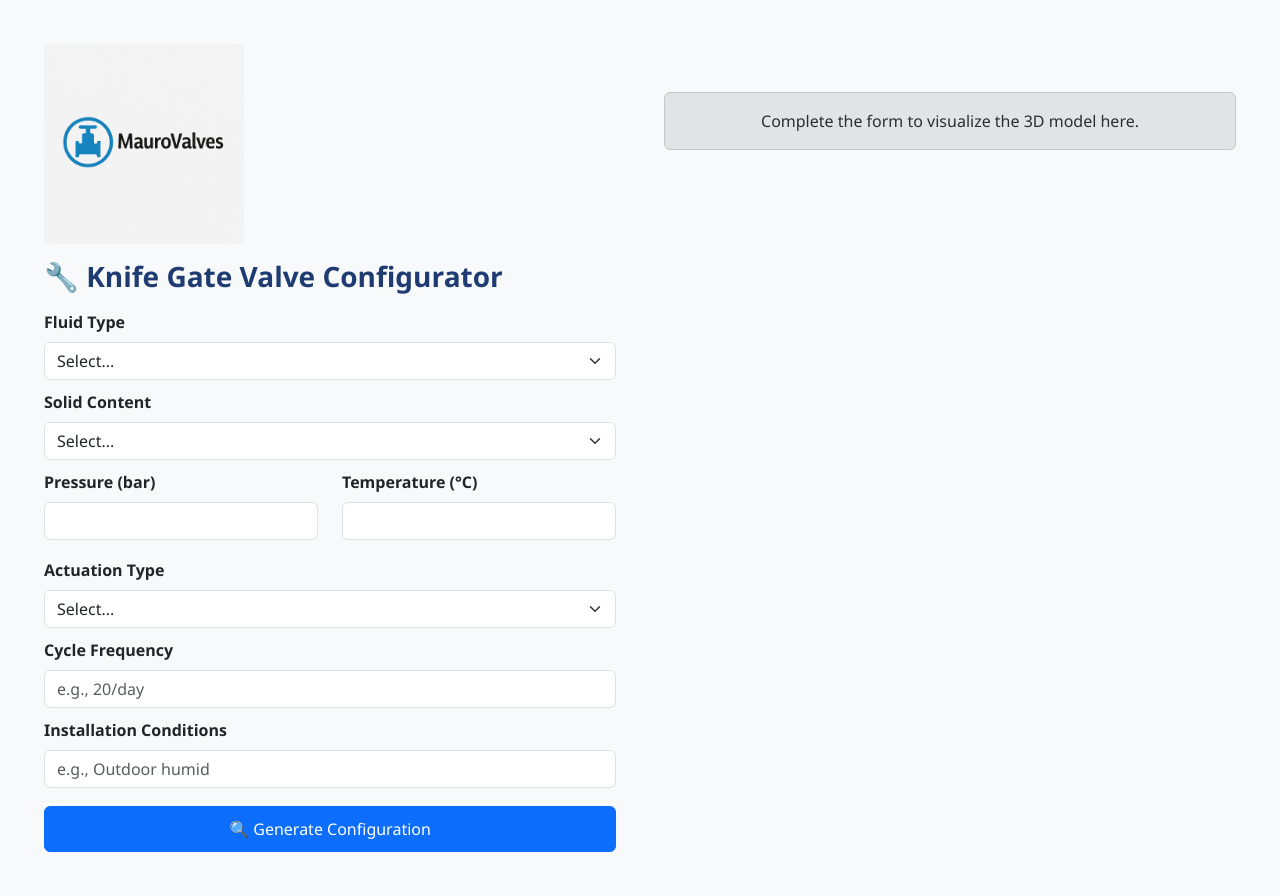
Repository: mauriciodelopez/valve_configurator
Page: http://localhost/
An editor plug-in stored every save of this project. The page is shown before and after the next save, followed by the edit.
The browser window is 1280 px wide. The pictures show the whole page.
The page is served by the project's application, run on Flask 3 (app.py).

Above is the page before, as saved 2025-07-17 16:30:53.

### templates/index.html
<!DOCTYPE html>
<html lang="en">
<head>
  <meta charset="UTF-8" />
  <meta name="viewport" content="width=device-width, initial-scale=1.0"/>
  <title>🔧 MauroValves Configurator</title>

  <!-- Bootstrap CSS -->
  <link href="https://cdn.jsdelivr.net/npm/bootstrap@5.3.3/dist/css/bootstrap.min.css" rel="stylesheet">
  <link rel="stylesheet" href="/static/css/style.css">
</head>

<body>
  <div class="container-fluid mt-4">
    <div class="row">

      <!-- LEFT: Configurator Form -->
      <div class="col-lg-6 mb-4 px-4">
        <img src="/static/img/maurovalves_logo.png" alt="MauroValves Logo" class="img-fluid mb-3" style="max-width: 200px;">
        <h3 class="mb-3">🔧 Knife Gate Valve Configurator</h3>

        <form method="POST" action="/generate">
          <div class="mb-2">
            <label for="fluid" class="form-label">Fluid Type</label>
            <select name="fluid" id="fluid" class="form-select" required>
              <option value="">Select...</option>
              <option>Water</option>
              <option>Slurry</option>
              <option>Acid</option>
              <option>Chemical</option>
            </select>
          </div>

          <div class="mb-2">
            <label for="solid_content" class="form-label">Solid Content</label>
            <select name="solid_content" id="solid_content" class="form-select" required>
              <option value="">Select...</option>
              <option>None</option>
              <option>Low</option>
              <option>Medium</option>
              <option>High</option>
            </select>
          </div>

          <div class="row">
            <div class="col">
              <label for="pressure" class="form-label">Pressure (bar)</label>
              <input type="number" name="pressure" id="pressure" class="form-control" required>
            </div>
            <div class="col">
              <label for="temperature" class="form-label">Temperature (°C)</label>
              <input type="number" name="temperature" id="temperature" class="form-control" required>
            </div>
          </div>

          <div class="mb-2 mt-2">
            <label for="actuation_type" class="form-label">Actuation Type</label>
            <select name="actuation_type" id="actuation_type" class="form-select" required>
              <option value="">Select...</option>
              <option>Pneumatic</option>
              <option>Electric</option>
              <option>Manual</option>
            </select>
          </div>

          <div class="mb-2">
            <label for="cycle_frequency" class="form-label">Cycle Frequency</label>
            <input type="text" name="cycle_frequency" id="cycle_frequency" class="form-control" placeholder="e.g., 20/day" required>
          </div>

          <div class="mb-2">
            <label for="conditions" class="form-label">Installation Conditions</label>
            <input type="text" name="conditions" id="conditions" class="form-control" placeholder="e.g., Outdoor humid" required>
          </div>

          <button type="submit" class="btn btn-primary w-100 mt-2">🔍 Generate Configuration</button>
        </form>

        {% if data %}
        <form method="POST" action="/pdf" target="_blank">
          {% for key, value in data.items() %}
            <input type="hidden" name="{{ key }}" value="{{ value }}">
          {% endfor %}
          <button class="btn btn-success w-100 mt-2">📄 Download PDF Datasheet</button>
        </form>
        {% endif %}

        {% if result %}
        <div class="alert alert-info mt-3">
          {{ result }}
          {% if recommendations %}
          <ul>
            <li><strong>Seat Type:</strong> {{ recommendations.seat_type }}</li>
            <li><strong>Body Material:</strong> {{ recommendations.body_material }}</li>
            <li><strong>Actuation:</strong> {{ recommendations.actuation }}</li>
          </ul>
          {% endif %}
        </div>
        {% endif %}
      </div>

      <!-- RIGHT: 3D Viewer -->
      <div class="col-lg-6 px-4">
        {% if result %}
        <div id="container3D" style="width: 100%; height: 600px; border: 1px solid #ccc; border-radius: 8px;"></div>
        <!-- Load 3D viewer only if result is ready -->
        <script type="module" src="/static/js/viewer3D.js"></script>
        {% else %}
        <div class="alert alert-secondary text-center mt-5">
          Complete the form to visualize the 3D model here.
        </div>
        {% endif %}
      </div>

    </div>
  </div>
</body>
</html>

### app.py
from flask import Flask, render_template, request, send_file
from xhtml2pdf import pisa
from io import BytesIO

app = Flask(__name__)

# 🔹 Home page with form
@app.route('/')
def home():
    return render_template('index.html')

# 🔹 Handle form submission and display results
@app.route('/generate', methods=['POST'])
def generate():
    data = {
        'fluid': request.form.get('fluid'),
        'solid_content': request.form.get('solid_content'),
        'flow_direction': request.form.get('flow_direction'),
        'pressure': float(request.form.get('pressure', 0)),
        'temperature': float(request.form.get('temperature', 0)),
        'line_size': request.form.get('line_size'),
        'installation_position': request.form.get('installation_position'),
        'body_material': request.form.get('body_material'),
        'seat_type': request.form.get('seat_type'),
        'gate_material': request.form.get('gate_material'),
        'port_design': request.form.get('port_design'),
        'flange_type': request.form.get('flange_type'),
        'actuation_type': request.form.get('actuation_type'),
        'voltage': request.form.get('voltage'),
        'control_type': request.form.get('control_type'),
        'signal_type': request.form.get('signal_type'),
        'enclosure_rating': request.form.get('enclosure_rating'),
        'manual_override': request.form.get('manual_override'),
        'air_supply': request.form.get('air_supply'),
        'positioner': request.form.get('positioner'),
        'solenoid_valve': request.form.get('solenoid_valve'),
        'limit_switches': request.form.get('limit_switches'),
        'frl': request.form.get('frl'),
        'cycle_frequency': request.form.get('cycle_frequency'),
        'opening_speed': request.form.get('opening_speed'),
        'space': request.form.get('space'),
        'conditions': request.form.get('conditions'),
        'certifications': request.form.get('certifications')
    }

    recommendations = generate_recommendations(data)

    result = "Custom Knife Gate Valve configuration received. Please review your inputs and the recommended options."

    return render_template('index.html', result=result, data=data, recommendations=recommendations)

# 🔹 Smart advisor logic
def generate_recommendations(data):
    rec = {}

    # Seat Type
    if data['fluid'] and data['fluid'].lower() == 'water' and data['temperature'] > 100:
        rec['seat_type'] = 'PTFE'
    elif data['solid_content'] and ('slurry' in data['fluid'].lower() or 'high' in data['solid_content'].lower()):
        rec['seat_type'] = 'Metal'
    else:
        rec['seat_type'] = 'EPDM'

    # Body Material
    if data['fluid'] and ('acid' in data['fluid'].lower() or 'chemical' in data['fluid'].lower()):
        rec['body_material'] = 'Stainless Steel'
    elif data['temperature'] > 150:
        rec['body_material'] = 'Carbon Steel'
    else:
        rec['body_material'] = 'Ductile Iron'

    # Actuation
    actuation = data.get('actuation_type', '').lower()
    if actuation == 'pneumatic':
        if data['cycle_frequency']:
            try:
                cycles = int(data['cycle_frequency'].split('/')[0])
                if cycles > 30:
                    rec['actuation'] = 'Pneumatic, Double-Acting, With Positioner'
                else:
                    rec['actuation'] = 'Pneumatic, Single-Acting'
            except:
                rec['actuation'] = 'Pneumatic Actuator'
        else:
            rec['actuation'] = 'Pneumatic Actuator'
    elif actuation == 'electric':
        if data['conditions'] and 'outdoor' in data['conditions'].lower():
            rec['actuation'] = 'Electric Actuator, IP67 Enclosure'
        else:
            rec['actuation'] = 'Electric Actuator, IP65 Enclosure'
    else:
        rec['actuation'] = 'Manual (Handwheel or Gear)'

    return rec

# 🔹 PDF generation
@app.route('/pdf', methods=['POST'])
def generate_pdf():
    data = request.form.to_dict()

    recommendations = generate_recommendations({
        **data,
        'temperature': float(data.get('temperature', 0)),
        'pressure': float(data.get('pressure', 0)),
        'solid_content': data.get('solid_content', ''),
        'fluid': data.get('fluid', ''),
        'actuation_type': data.get('actuation_type', ''),
        'conditions': data.get('conditions', ''),
        'cycle_frequency': data.get('cycle_frequency', '')
    })

    html = render_template('pdf_template.html', data=data, recommendations=recommendations)
    pdf = BytesIO()
    pisa_status = pisa.CreatePDF(html, dest=pdf)
    pdf.seek(0)

    if pisa_status.err:
        return "Error generating PDF", 500

    return send_file(pdf, as_attachment=True, download_name="datasheet.pdf", mimetype='application/pdf')

# 🔹 Run the app
if __name__ == '__main__':
    app.run(debug=True, port=5001)

### static/css/style.css
/* === GENERAL PAGE === */
body {
  background-color: #f8f9fa;
  font-family: 'Segoe UI', Tahoma, Geneva, Verdana, sans-serif;
  padding: 20px;
}

/* === LOGO === */
img {
  max-width: 100%;
  height: auto;
}

/* === FORM LABELS === */
.form-label {
  font-weight: 600;
}

/* === BUTTONS === */
button.btn {
  font-weight: 500;
  padding: 10px 20px;
  border-radius: 6px;
}

@media (max-width: 576px) {
  .btn {
    width: 100%;
  }
  h2 {
    font-size: 1.5rem;
  }
}

/* === ALERT BOX === */
.alert ul {
  padding-left: 20px;
}

/* === 3D VIEWER CONTAINER === */
#viewer-container {
  width: 100%;
  height: 400px;
  border: 1px solid #ccc;
  border-radius: 8px;
  background-color: #fff;
}

/* Make viewer taller on larger screens */
@media (min-width: 768px) {
  #viewer-container {
    height: 600px;
  }
}

/* === FORM INPUTS === */
input.form-control,
select.form-select {
  margin-bottom: 10px;
}

/* === TITLES === */
h3 {
  font-weight: 600;
  color: #1e3c72;
}

After the next save:
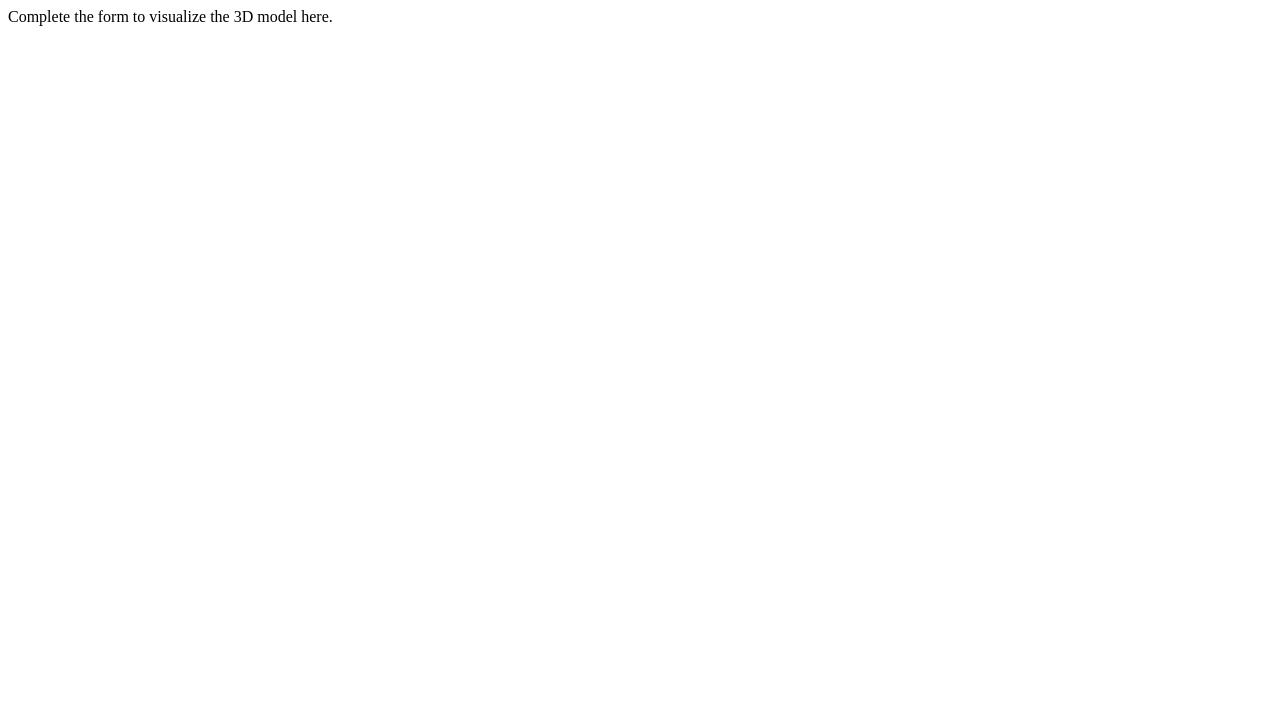
Saved 29 s later.
--- a/templates/index.html
+++ b/templates/index.html
@@ -1,118 +1,11 @@
-<!DOCTYPE html>
-<html lang="en">
-<head>
-  <meta charset="UTF-8" />
-  <meta name="viewport" content="width=device-width, initial-scale=1.0"/>
-  <title>🔧 MauroValves Configurator</title>
-
-  <!-- Bootstrap CSS -->
-  <link href="https://cdn.jsdelivr.net/npm/bootstrap@5.3.3/dist/css/bootstrap.min.css" rel="stylesheet">
-  <link rel="stylesheet" href="/static/css/style.css">
-</head>
-
-<body>
-  <div class="container-fluid mt-4">
-    <div class="row">
-
-      <!-- LEFT: Configurator Form -->
-      <div class="col-lg-6 mb-4 px-4">
-        <img src="/static/img/maurovalves_logo.png" alt="MauroValves Logo" class="img-fluid mb-3" style="max-width: 200px;">
-        <h3 class="mb-3">🔧 Knife Gate Valve Configurator</h3>
-
-        <form method="POST" action="/generate">
-          <div class="mb-2">
-            <label for="fluid" class="form-label">Fluid Type</label>
-            <select name="fluid" id="fluid" class="form-select" required>
-              <option value="">Select...</option>
-              <option>Water</option>
-              <option>Slurry</option>
-              <option>Acid</option>
-              <option>Chemical</option>
-            </select>
-          </div>
-
-          <div class="mb-2">
-            <label for="solid_content" class="form-label">Solid Content</label>
-            <select name="solid_content" id="solid_content" class="form-select" required>
-              <option value="">Select...</option>
-              <option>None</option>
-              <option>Low</option>
-              <option>Medium</option>
-              <option>High</option>
-            </select>
-          </div>
-
-          <div class="row">
-            <div class="col">
-              <label for="pressure" class="form-label">Pressure (bar)</label>
-              <input type="number" name="pressure" id="pressure" class="form-control" required>
-            </div>
-            <div class="col">
-              <label for="temperature" class="form-label">Temperature (°C)</label>
-              <input type="number" name="temperature" id="temperature" class="form-control" required>
-            </div>
-          </div>
-
-          <div class="mb-2 mt-2">
-            <label for="actuation_type" class="form-label">Actuation Type</label>
-            <select name="actuation_type" id="actuation_type" class="form-select" required>
-              <option value="">Select...</option>
-              <option>Pneumatic</option>
-              <option>Electric</option>
-              <option>Manual</option>
-            </select>
-          </div>
-
-          <div class="mb-2">
-            <label for="cycle_frequency" class="form-label">Cycle Frequency</label>
-            <input type="text" name="cycle_frequency" id="cycle_frequency" class="form-control" placeholder="e.g., 20/day" required>
-          </div>
-
-          <div class="mb-2">
-            <label for="conditions" class="form-label">Installation Conditions</label>
-            <input type="text" name="conditions" id="conditions" class="form-control" placeholder="e.g., Outdoor humid" required>
-          </div>
-
-          <button type="submit" class="btn btn-primary w-100 mt-2">🔍 Generate Configuration</button>
-        </form>
-
-        {% if data %}
-        <form method="POST" action="/pdf" target="_blank">
-          {% for key, value in data.items() %}
-            <input type="hidden" name="{{ key }}" value="{{ value }}">
-          {% endfor %}
-          <button class="btn btn-success w-100 mt-2">📄 Download PDF Datasheet</button>
-        </form>
-        {% endif %}
-
-        {% if result %}
-        <div class="alert alert-info mt-3">
-          {{ result }}
-          {% if recommendations %}
-          <ul>
-            <li><strong>Seat Type:</strong> {{ recommendations.seat_type }}</li>
-            <li><strong>Body Material:</strong> {{ recommendations.body_material }}</li>
-            <li><strong>Actuation:</strong> {{ recommendations.actuation }}</li>
-          </ul>
-          {% endif %}
-        </div>
-        {% endif %}
-      </div>
-
-      <!-- RIGHT: 3D Viewer -->
-      <div class="col-lg-6 px-4">
-        {% if result %}
-        <div id="container3D" style="width: 100%; height: 600px; border: 1px solid #ccc; border-radius: 8px;"></div>
-        <!-- Load 3D viewer only if result is ready -->
-        <script type="module" src="/static/js/viewer3D.js"></script>
-        {% else %}
-        <div class="alert alert-secondary text-center mt-5">
-          Complete the form to visualize the 3D model here.
-        </div>
-        {% endif %}
-      </div>
-
+<!-- RIGHT: 3D Model Viewer -->
+<div class="col-lg-6 px-4">
+  {% if result %}
+    <div id="container3D" style="width: 100%; height: 600px; border: 1px solid #ccc; border-radius: 8px;"></div>
+    <script type="module" src="/static/js/viewer3D.js"></script>
+  {% else %}
+    <div class="alert alert-secondary text-center mt-5">
+      Complete the form to visualize the 3D model here.
     </div>
-  </div>
-</body>
-</html>
+  {% endif %}
+</div>

After the 2 saves that followed:
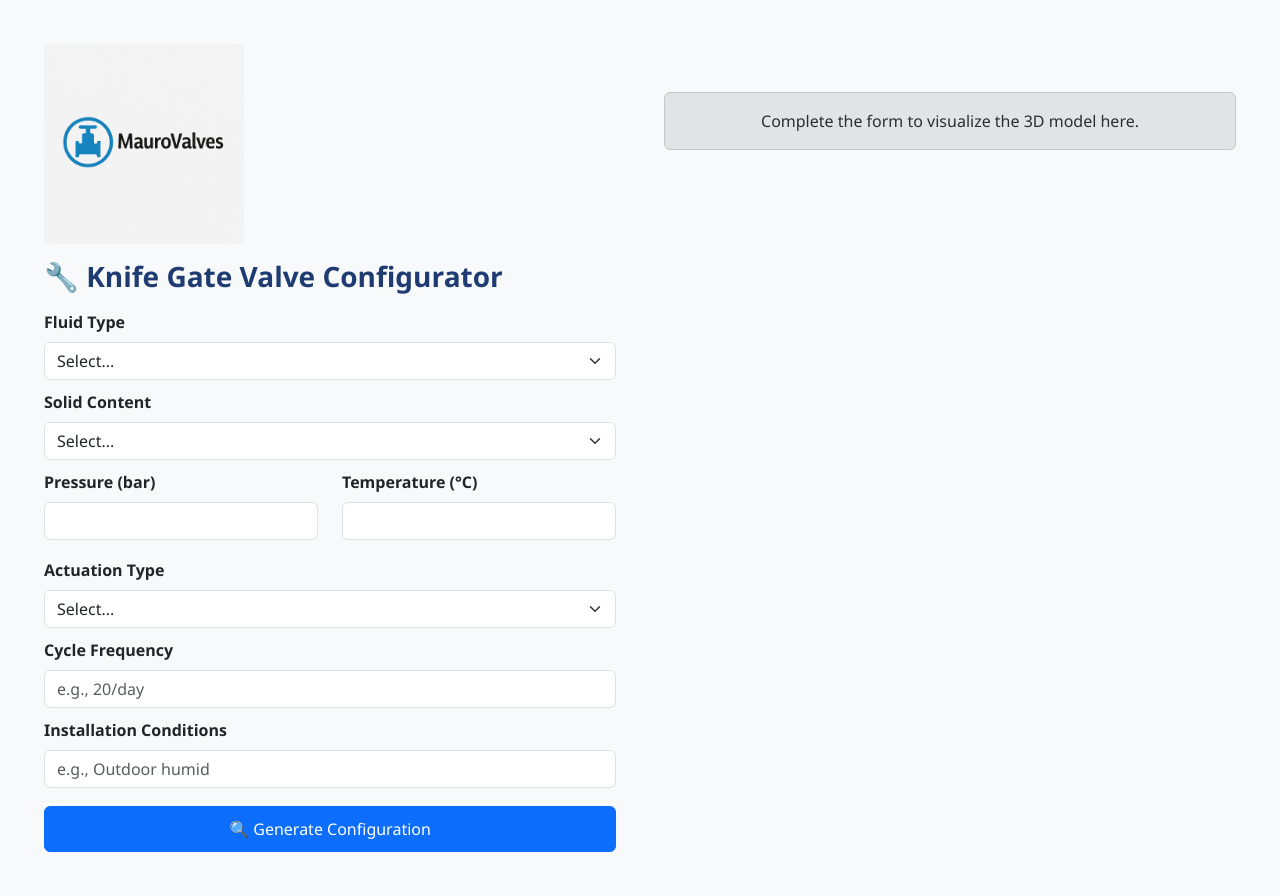
The 2 saves are shown as one change because they came seconds apart.
The last was saved 10 min 52 s later.
--- a/templates/index.html
+++ b/templates/index.html
@@ -1,11 +1,116 @@
-<!-- RIGHT: 3D Model Viewer -->
-<div class="col-lg-6 px-4">
-  {% if result %}
-    <div id="container3D" style="width: 100%; height: 600px; border: 1px solid #ccc; border-radius: 8px;"></div>
-    <script type="module" src="/static/js/viewer3D.js"></script>
-  {% else %}
-    <div class="alert alert-secondary text-center mt-5">
-      Complete the form to visualize the 3D model here.
+<!DOCTYPE html>
+<html lang="en">
+<head>
+  <meta charset="UTF-8" />
+  <meta name="viewport" content="width=device-width, initial-scale=1.0"/>
+  <title>🔧 MauroValves Configurator</title>
+
+  <!-- Bootstrap CSS -->
+  <link href="https://cdn.jsdelivr.net/npm/bootstrap@5.3.3/dist/css/bootstrap.min.css" rel="stylesheet">
+  <link rel="stylesheet" href="/static/css/style.css">
+</head>
+
+<body>
+  <div class="container-fluid mt-4">
+    <div class="row">
+
+      <!-- LEFT: Configurator Form -->
+      <div class="col-lg-6 mb-4 px-4">
+        <img src="/static/img/maurovalves_logo.png" alt="MauroValves Logo" class="img-fluid mb-3" style="max-width: 200px;">
+        <h3 class="mb-3">🔧 Knife Gate Valve Configurator</h3>
+
+        <form method="POST" action="/generate">
+          <div class="mb-2">
+            <label for="fluid" class="form-label">Fluid Type</label>
+            <select name="fluid" id="fluid" class="form-select" required>
+              <option value="">Select...</option>
+              <option>Water</option>
+              <option>Slurry</option>
+              <option>Acid</option>
+              <option>Chemical</option>
+            </select>
+          </div>
+
+          <div class="mb-2">
+            <label for="solid_content" class="form-label">Solid Content</label>
+            <select name="solid_content" id="solid_content" class="form-select" required>
+              <option value="">Select...</option>
+              <option>None</option>
+              <option>Low</option>
+              <option>Medium</option>
+              <option>High</option>
+            </select>
+          </div>
+
+          <div class="row">
+            <div class="col">
+              <label for="pressure" class="form-label">Pressure (bar)</label>
+              <input type="number" name="pressure" id="pressure" class="form-control" required>
+            </div>
+            <div class="col">
+              <label for="temperature" class="form-label">Temperature (°C)</label>
+              <input type="number" name="temperature" id="temperature" class="form-control" required>
+            </div>
+          </div>
+
+          <div class="mb-2 mt-2">
+            <label for="actuation_type" class="form-label">Actuation Type</label>
+            <select name="actuation_type" id="actuation_type" class="form-select" required>
+              <option value="">Select...</option>
+              <option>Pneumatic</option>
+              <option>Electric</option>
+              <option>Manual</option>
+            </select>
+          </div>
+
+          <div class="mb-2">
+            <label for="cycle_frequency" class="form-label">Cycle Frequency</label>
+            <input type="text" name="cycle_frequency" id="cycle_frequency" class="form-control" placeholder="e.g., 20/day" required>
+          </div>
+
+          <div class="mb-2">
+            <label for="conditions" class="form-label">Installation Conditions</label>
+            <input type="text" name="conditions" id="conditions" class="form-control" placeholder="e.g., Outdoor humid" required>
+          </div>
+
+          <button type="submit" class="btn btn-primary w-100 mt-2">🔍 Generate Configuration</button>
+        </form>
+
+        {% if data %}
+        <!-- PDF Download -->
+        <form method="POST" action="/pdf" target="_blank">
+          {% for key, value in data.items() %}
+            <input type="hidden" name="{{ key }}" value="{{ value }}">
+          {% endfor %}
+          <button class="btn btn-success w-100 mt-2">📄 Download PDF Datasheet</button>
+        </form>
+        {% endif %}
+
+        {% if result %}
+        <div class="alert alert-info mt-3">
+          {{ result }}
+          {% if recommendations %}
+          <ul>
+            <li><strong>Seat Type:</strong> {{ recommendations.seat_type }}</li>
+            <li><strong>Body Material:</strong> {{ recommendations.body_material }}</li>
+            <li><strong>Actuation:</strong> {{ recommendations.actuation }}</li>
+          </ul>
+          {% endif %}
+        </div>
+        {% endif %}
+      </div>
+
+      <!-- RIGHT: 3D Viewer -->
+      <div class="col-lg-6 px-4">
+        {% if result %}
+        <div id="container3D" style="width: 100%; height: 600px; border: 1px solid #ccc; border-radius: 8px;"></div>
+        <script type="module" src="/static/js/viewer3D.js"></script>
+        {% else %}
+        <div class="alert alert-secondary text-center mt-5">Complete the form to visualize the 3D model here.</div>
+        {% endif %}
+      </div>
+
     </div>
-  {% endif %}
-</div>
+  </div>
+</body>
+</html>
